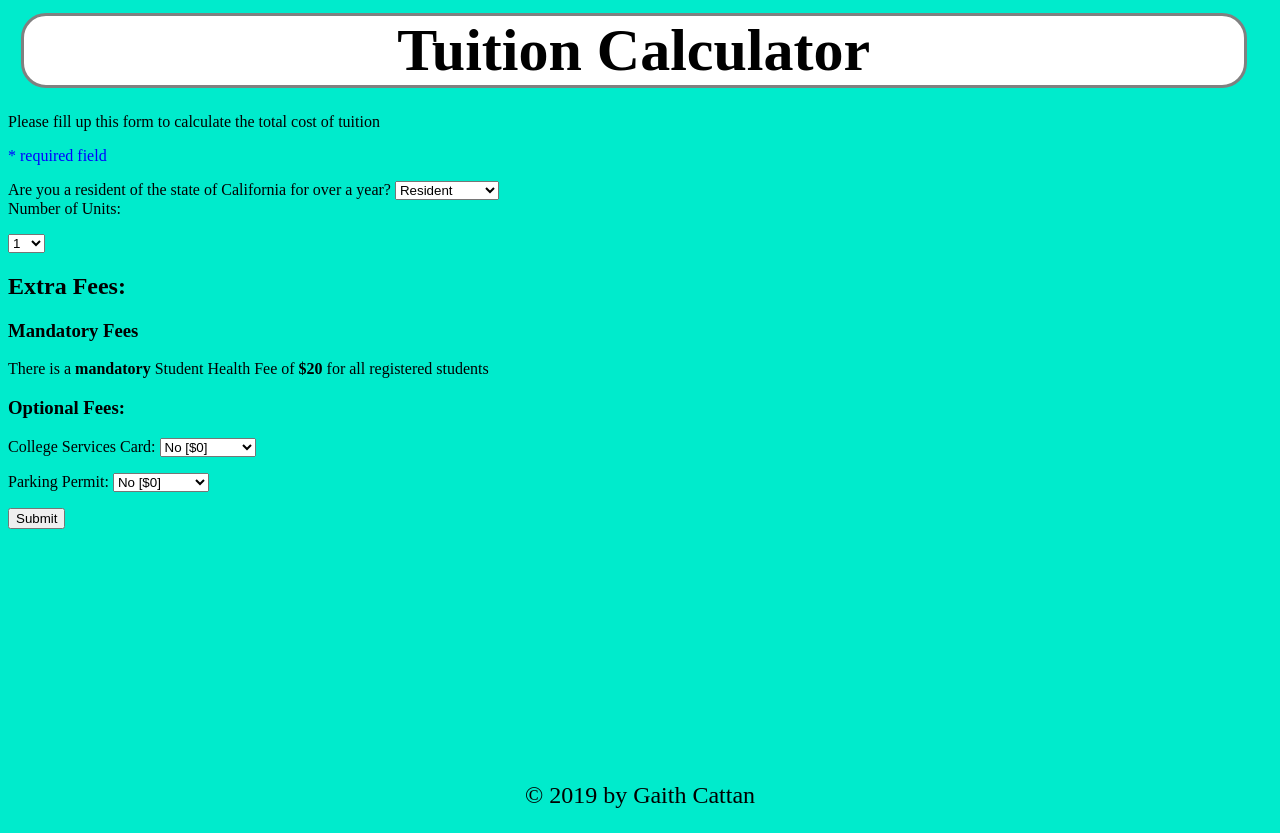
Repository: GaithCattan/COSW30
Page: labwork/lab2/tuitioncalculator.html
The author's editor kept a record of every edit. The page is drawn from the files as they stood at one moment, then again after the next edit.
The browser window is 1280 px wide. The pictures show the whole page.

Above is the page before.

### labwork/lab2/tuitioncalculator.html

<!doctype html>
<html>
    <head>
         <meta charset="utf-8">
         <title>Tuition Calculator</title>
        <style>
          body {background-color: #00EBCC;}
          h1 {text-align: center; font-size: 60px; margin-top: 40px;
              border: solid grey; border-radius: 25px;
              margin-top: 1%; margin-right: 2%;	margin-left: 1%; margin-bottom: 2%;
              background-color: white;}
          footer {font-size: 1.5em; color: black; text-align: center; margin-top: 20%;}
          .needed {color: blue;}
        </style>

    </head>
    <body>

    <h1>Tuition Calculator</h1>
    <p>Please fill up this form to calculate the total cost of tuition</p>
    <p><span class="needed">* required field</span></p>

    <form action="process_tuitioncalculator.php" method="POST">

        <label for="resident">Are you a resident of the state of California for over a year?</label>
        <select name="residency">
        <option value="46">Resident</option>
        <option value="236">Non-Resident</option>
        </select>

        <br>

        <label>Number of Units: </label>
        <p><select name="units">
        <option value="1">1</option>
        <option value="2">2</option>
        <option value="3">3</option>
        <option value="4">4</option>
        <option value="5">5</option>
        <option value="6">6</option>
        <option value="7">7</option>
        <option value="8">8</option>
        <option value="9">9</option>
        <option value="10">10</option>
        <option value="11">11</option>
        <option value="12">12</option>
        <option value="13">13</option>
        <option value="14">14</option>
        <option value="15">15</option>
        <option value="16">16</option>
        <option value="17">17</option>
        <option value="18">18</option>
        <option value="19">19</option>
        <option value="20">20</option>
        <option value="21">21</option>
        </select>


    <h2>Extra Fees:</h2>

        <h3>Mandatory Fees</h3>
        <p>There is a <strong>mandatory</strong> Student Health Fee of <strong><input type="hidden" name ="healthfee" value="20" />$20</strong> for all registered students</p>

    <h3>Optional Fees:</h3>

        <p>College Services Card: <select name="services_card">
        <option value="0">No [$0]</option>
        <option value="20">Yes [$20.00]</option>
        </select></p>

        <p>Parking Permit: <select name="parking_permit">
        <option value="0">No [$0]</option>
        <option value="30">Yes [$25.00]</option>
        </select></p>

    <input type="submit" name="submit" value="Submit"/>





    </form>

    </body>

    <footer>
        <p>&copy; 2019 by Gaith Cattan</p>
    </footer>

</html>

After the next edit:
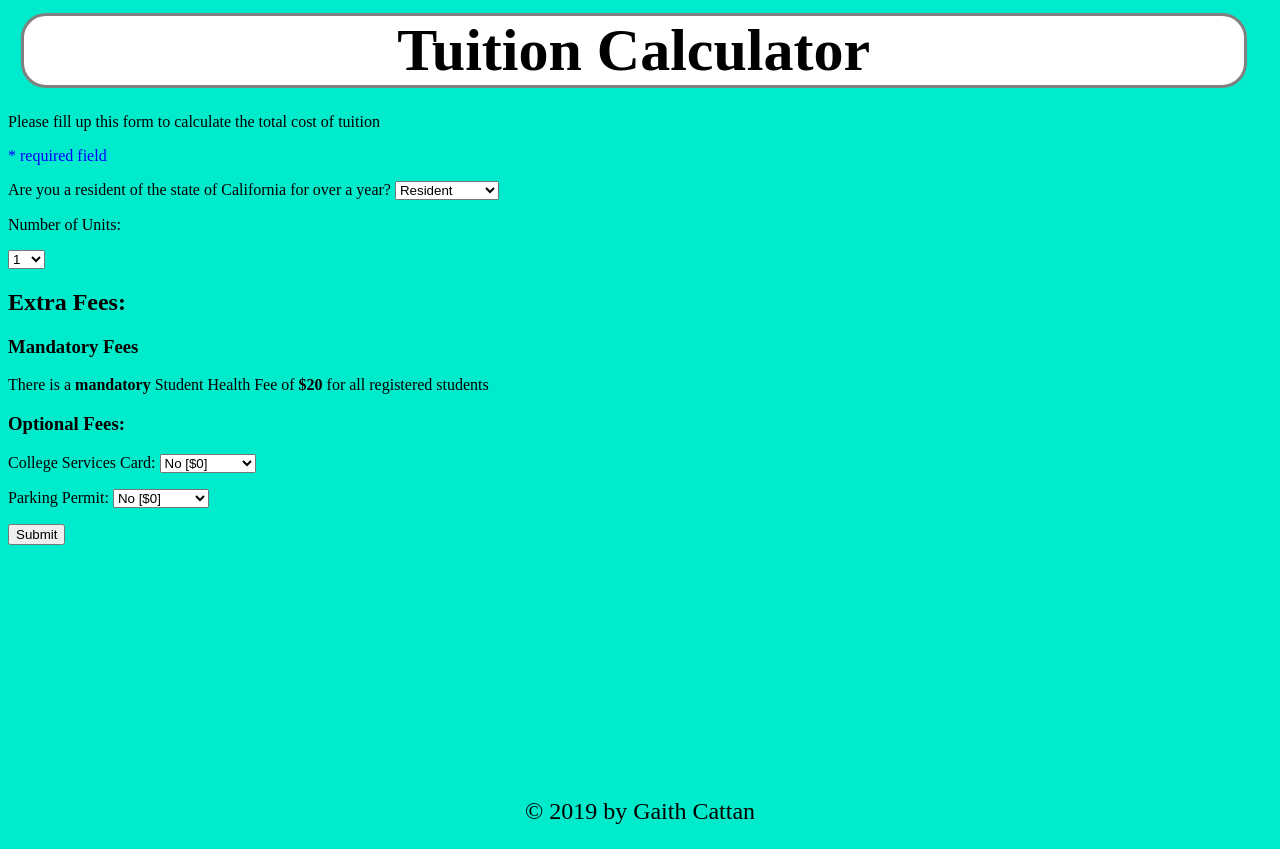
The edit:
--- a/labwork/lab2/tuitioncalculator.html
+++ b/labwork/lab2/tuitioncalculator.html
@@ -31,7 +31,7 @@
 
         <br>
 
-        <label>Number of Units: </label>
+        <p>Number of Units: </p>
         <p><select name="units">
         <option value="1">1</option>
         <option value="2">2</option>
